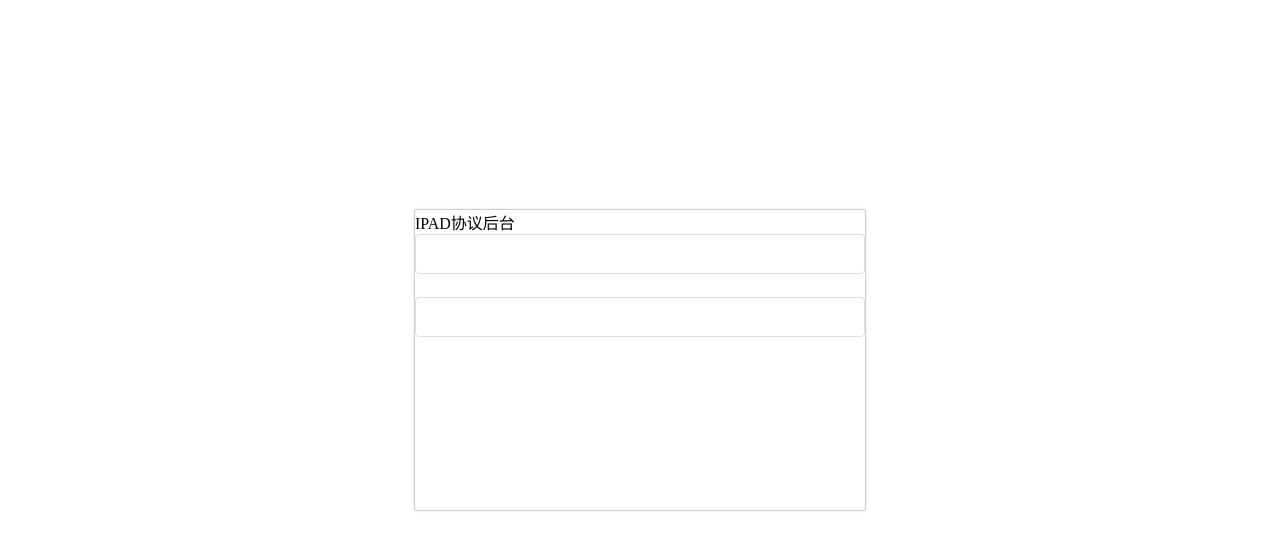
Repository: Iamanuan/ipad_admin
Page: /
The author's editor kept a copy of each file at every save. The page is drawn from the files as they stood at one save, then again after the next save.
The browser window is 1280 px wide. The pictures show the whole page.
The project was rebuilt for these pictures with package versions that can differ from the ones it lists, and the page was loaded fresh each time. Also part of the build but not shown: vue.config.js.

Above is the page before, as saved 2020-05-07 13:35:52.

### src/main.js
import Vue from 'vue'
import App from './App.vue'
import router from './router'
import './plugins/element.js'

//

Vue.config.productionTip = false

new Vue({
  router,
  render: h => h(App)
}).$mount('#app')

### src/router/index.js
import Vue from 'vue'
import VueRouter from 'vue-router'

Vue.use(VueRouter)

const Login = () => import('../components/Login.vue')
const Home = () => import('../views/Home.vue')

const routes = [
  {
    path: '/',
    redirect: '/login'
  },
  {
    path: '/login',
    component: Login
  },
  {
    path: '/home',
    component: Home
  }
]

const router = new VueRouter({
  routes
})

export default router

### src/components/Login.vue
<template>
  <div class="login_container">
    <div class="login_box">
      <!-- 管理后台名称区域 -->
      <div class="login_title">IPAD协议后台</div>
      <!-- 登录表单区域 -->
      <el-form label-width="0px">
        <el-form-item>
          <el-input></el-input>
        </el-form-item>
        <el-form-item>
          <el-input></el-input>
        </el-form-item>
      </el-form>
    </div>
  </div>
</template>

<script>
export default {
  name: 'login'
}
</script>

<style lang='less' scoped>
.login_container {
  background-color: #2b4b6b;
  height: 100%;
}

.login_box {
  width: 450px;
  height: 300px;
  background-color: #ffffff;
  border-radius: 3px;
  position: absolute;
  top: 50%;
  left: 50%;
  transform: translate(-50%, -50%);
  box-shadow: 0 0 2px #dddddd;
  border: 1px solid #cccccc;
}
</style>

Loaded but not shown: public/index.html (common file); src/App.vue (common file); src/plugins/element.js (common file)

After the next save:
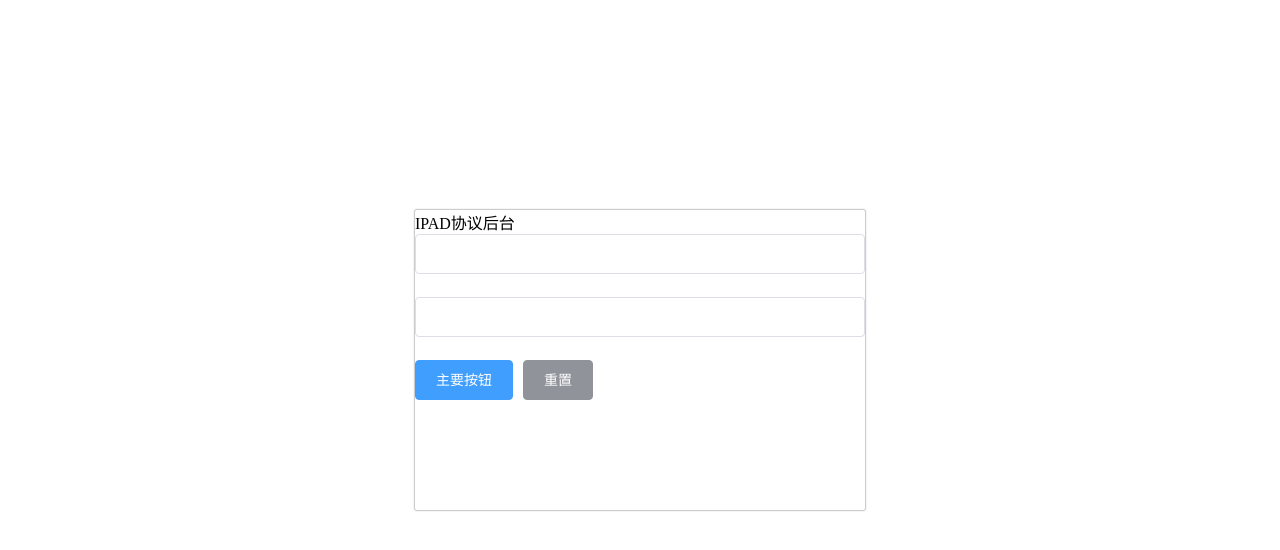
Saved 43 s later.
--- a/src/components/Login.vue
+++ b/src/components/Login.vue
@@ -11,6 +11,8 @@
         <el-form-item>
           <el-input></el-input>
         </el-form-item>
+        <el-button type="primary">主要按钮</el-button>
+        <el-button type="info">重置</el-button>
       </el-form>
     </div>
   </div>
